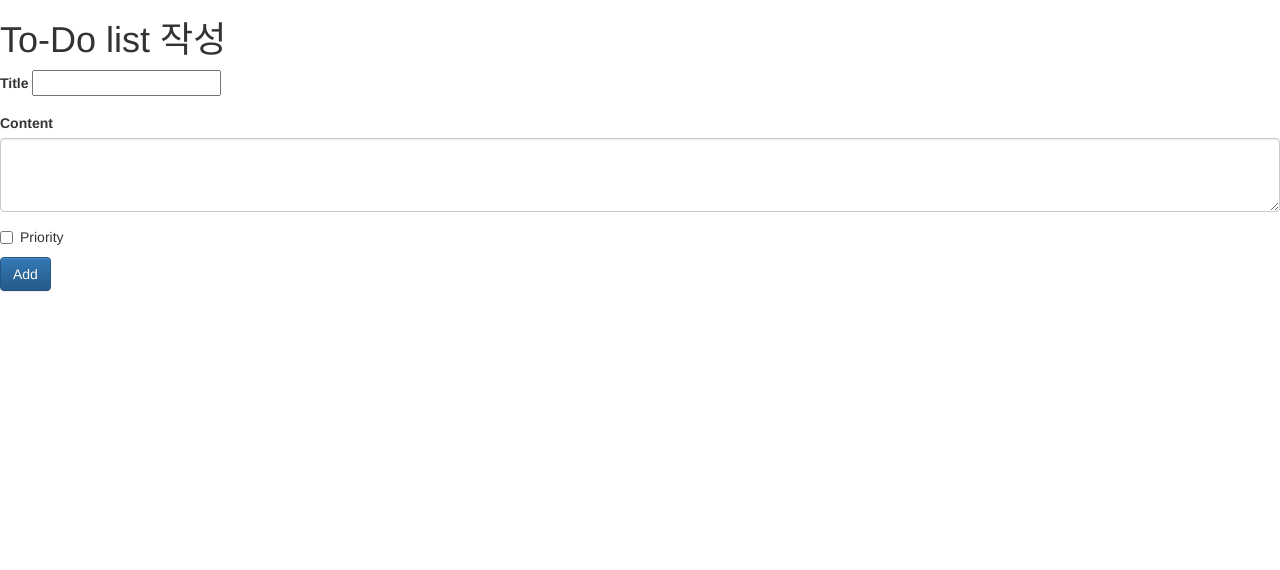
Repository: qudgns200/Toy_01_ToDoList
Page: http://localhost/ToDoList/jsp/writeForm.jsp
An editor plug-in stored every save of this project. The page is shown before and after the next save, followed by the edit.
The browser window is 1280 px wide. The pictures show the whole page.
The page is served by Tomcat 9. Nobody is signed in. The application's start-up code is not run.

Above is the page before, as saved 2019-11-07 04:48:43.
Console error (its wording comes from the project's code and is left out).

After the next save:
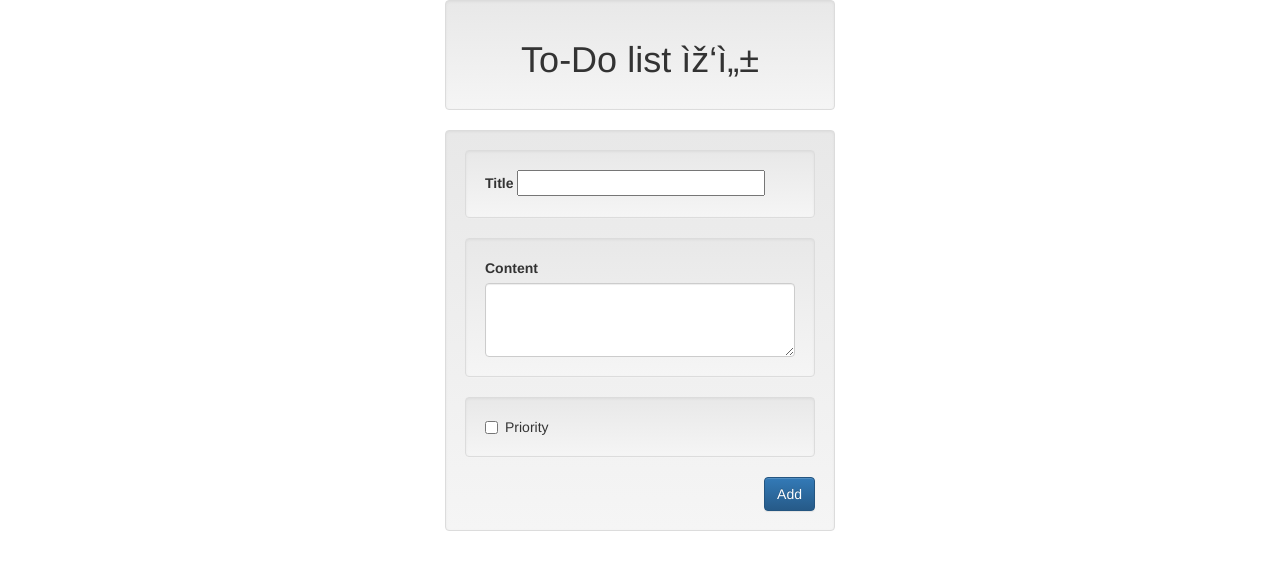
Saved 109 min 17 s later.
--- a/ToDoList/WebContent/jsp/writeForm.jsp
+++ b/ToDoList/WebContent/jsp/writeForm.jsp
@@ -1,9 +1,8 @@
-<%@ page language="java" contentType="text/html; charset=UTF-8"
-	pageEncoding="UTF-8"%>
 <!DOCTYPE html>
 <html lang="ko">
 <head>
 <meta charset="UTF-8">
+<meta name="viewport" content="width=device-width, initial-scale=1">
 <title>Insert title here</title>
 <!--  Bootstrap -->
 <link rel="stylesheet" href="https://maxcdn.bootstrapcdn.com/bootstrap/3.3.2/css/bootstrap.min.css">
@@ -11,26 +10,35 @@
 <!--  --------- -->
 </head>
 <body>
-	<h1>To-Do list 작성</h1>
+  <div class="container">
+    <div class="row">
+    <div class="col-md-4 col-md-offset-4 text-center well">
+	    <h1>To-Do list 작성</h1>
+    </div>
+  <div class="col-md-4 col-md-offset-4 well">
 	<form method="post" action="write.do">
-		<div class="form-group">
-			<label for="title">Title</label>
-			<input type="text" name="title" id="title"/>
+		<div class="form-group well">
+			  <label for="title">Title</label>
+			  <input type="text" name="title" id="title" style="width: 80%"/>
+    </div>
+
+		<div class="form-group well">
+			<label for="content">Content</label>
+			<textarea class="form-control" rows="3" style="width: 100%"></textarea>
 		</div>
 
-		<div class="form-group">
-			<label for="content">Content</label>
-			<textarea class="form-control" rows="3"></textarea>
-		</div>
-
-		<div class="checkbox">
+		<div class="checkbox well">
 		  <label>
 		    <input type="checkbox" id="priority" value="">Priority
 		  </label>
 		</div>
-
-		<button type="submit" class="btn btn-primary">Add</button>
+    <div class="text-right">
+		  <button type="submit" class="btn btn-primary">Add</button>
+    </div>
 	</form>
+    </div>
+    </div>
+  </div>
 
 	<script src="https://maxcdn.bootstrapcdn.com/bootstrap/3.3.2/js/bootstrap.min.js"></script>
 </body>
